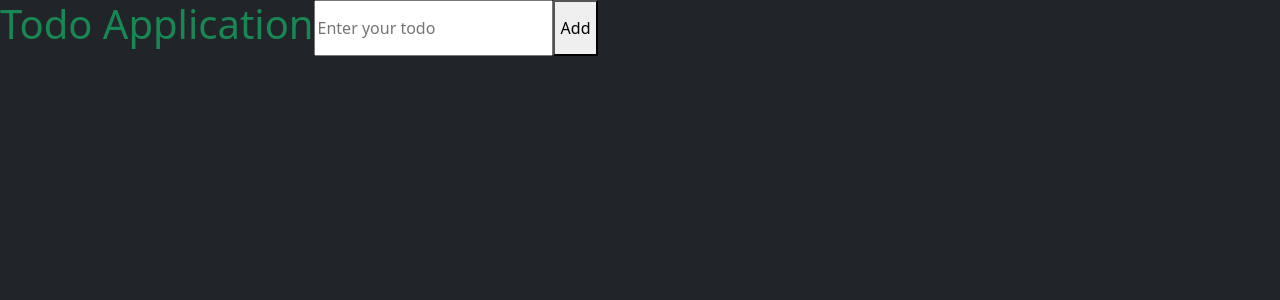
Repository: Alphosmart/param
Page: todo.html
These files come from the project's save history. The page is drawn as it stood at one moment and after the next save; the edit follows.
The browser window is 1280 px wide. The pictures show the whole page.

Above is the page before, as saved 2024-07-01 08:29:54.

After the next save:
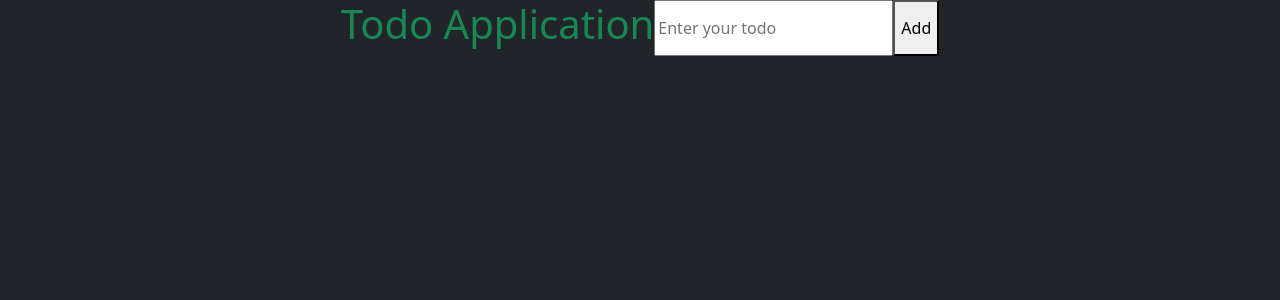
Saved 19 s later.
--- a/todo.html
+++ b/todo.html
@@ -14,7 +14,7 @@
   </head>
 
   <body class="bg-dark text-success">
-    <div class="d-flex allign-items-center">
+    <div class="d-flex justify-content-center allign-items-center">
       <h1>Todo Application</h1>
       <input type="text" placeholder="Enter your todo" id="todo" />
       <button onclick="addTodo()">Add</button>
